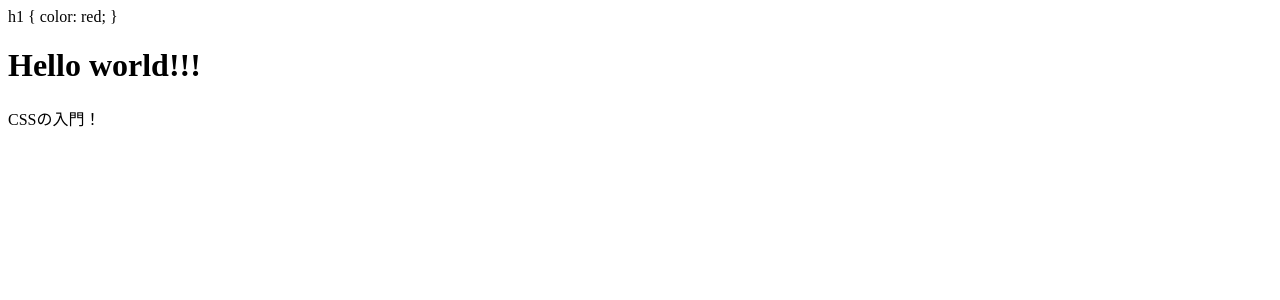
Repository: Black-Holy/rails-06
Page: html/css_intro/index.html
The author's editor kept a record of every edit. The page is drawn from the files as they stood at one moment, then again after the next edit.
The browser window is 1280 px wide. The pictures show the whole page.

Above is the page before.

After the next edit:
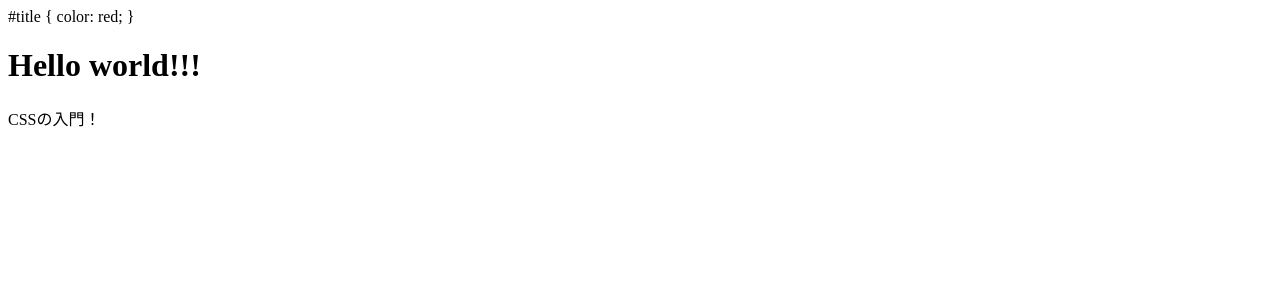
The edit:
--- a/html/css_intro/index.html
+++ b/html/css_intro/index.html
@@ -4,7 +4,7 @@
   <meta charset="UTF-8" />
   <title>TECH BOOST</title>
 
-    h1 {
+    #title {
       color: red;
     }
 </head>
